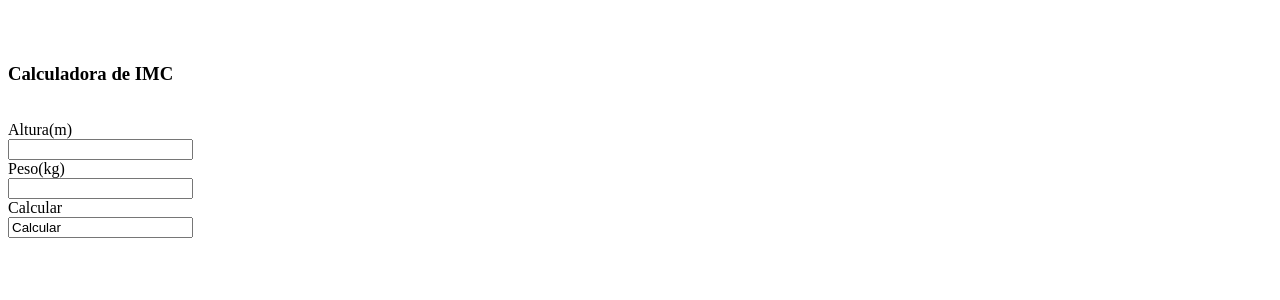
Repository: Patriciamativi/Projetos
Page: index.html
An editor plug-in stored every save of this project. The page is shown before and after the next save, followed by the edit.
The browser window is 1280 px wide. The pictures show the whole page.

Above is the page before, as saved 2022-11-17 20:48:17.

After the next save:
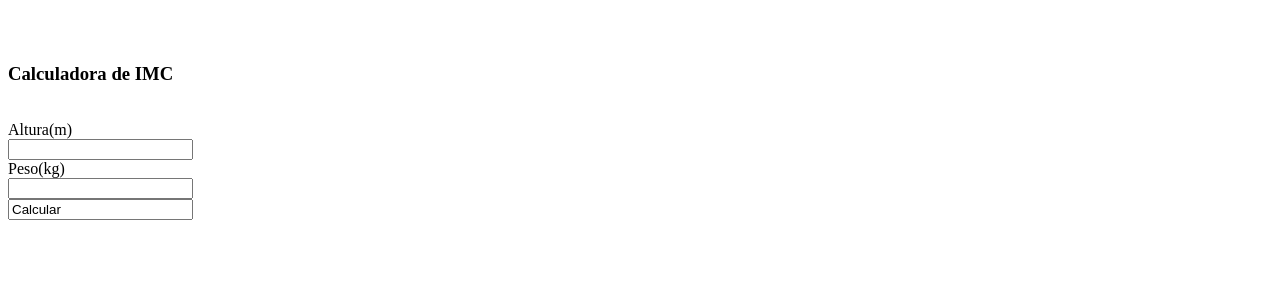
Saved 61 s later.
--- a/index.html
+++ b/index.html
@@ -15,7 +15,6 @@
         Peso(kg)<br/>
         <input type: "number" > </br>
 
-        Calcular</br>
         <input type "submit" value="Calcular">
     </form>
 </body>
